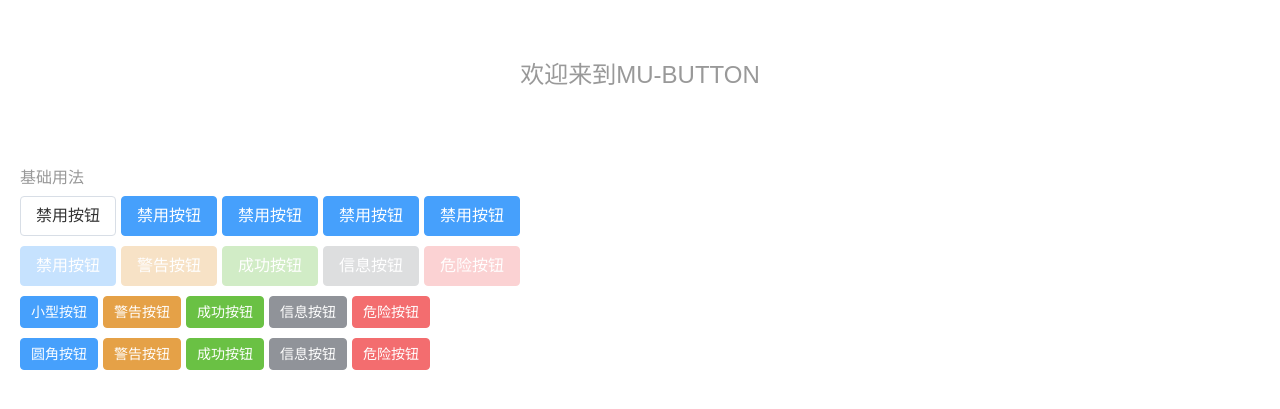
Repository: HuoXiaoYe/huoxiaoye_mumu
Page: /
An editor plug-in stored every save of this project. The page is shown before and after the next save, followed by the edit.
The browser window is 1280 px wide. The pictures show the whole page.
The project was rebuilt for these pictures with package versions that can differ from the ones it lists, and the page was loaded fresh each time.

Above is the page before, as saved 2020-07-04 17:40:17.

After the next save:
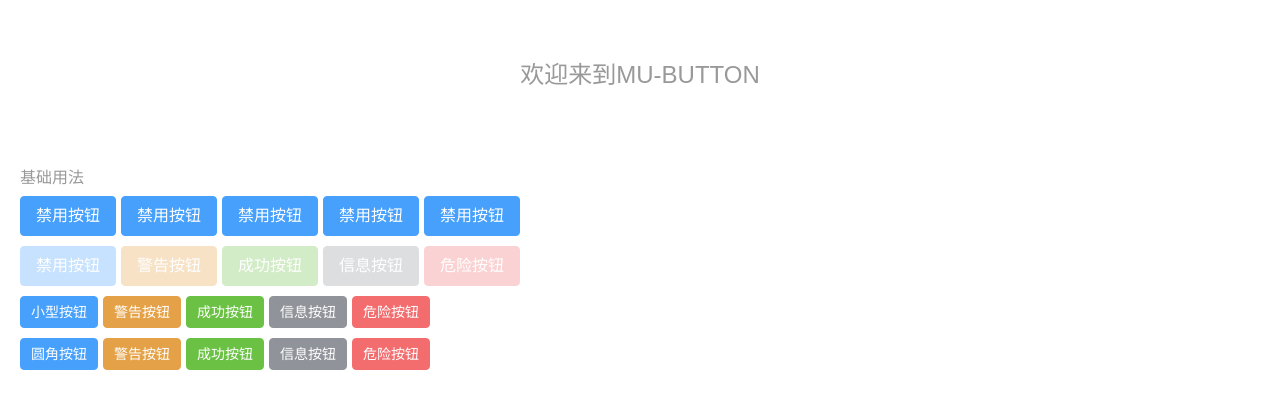
Saved 23 s later.
--- a/src/pages/buttonWrap/buttonWrap.tsx
+++ b/src/pages/buttonWrap/buttonWrap.tsx
@@ -2,6 +2,7 @@ import React,{useState} from "react"
 import "./index.less"
 import MUButton from "../../components/button/button"
 import Title from "../components/title/title"
+import ButtonType from "@/tsconfig/MUButton"
 
 
 interface Ibutton {
@@ -41,7 +42,7 @@ function ButtonWrap() {
                     {
                         buttonList.map((item)=>{
                             return (
-                                <li><MUButton type={!item.type}>禁用按钮</MUButton></li>
+                                <li><MUButton >禁用按钮</MUButton></li>
                             )
                         })
                     }
